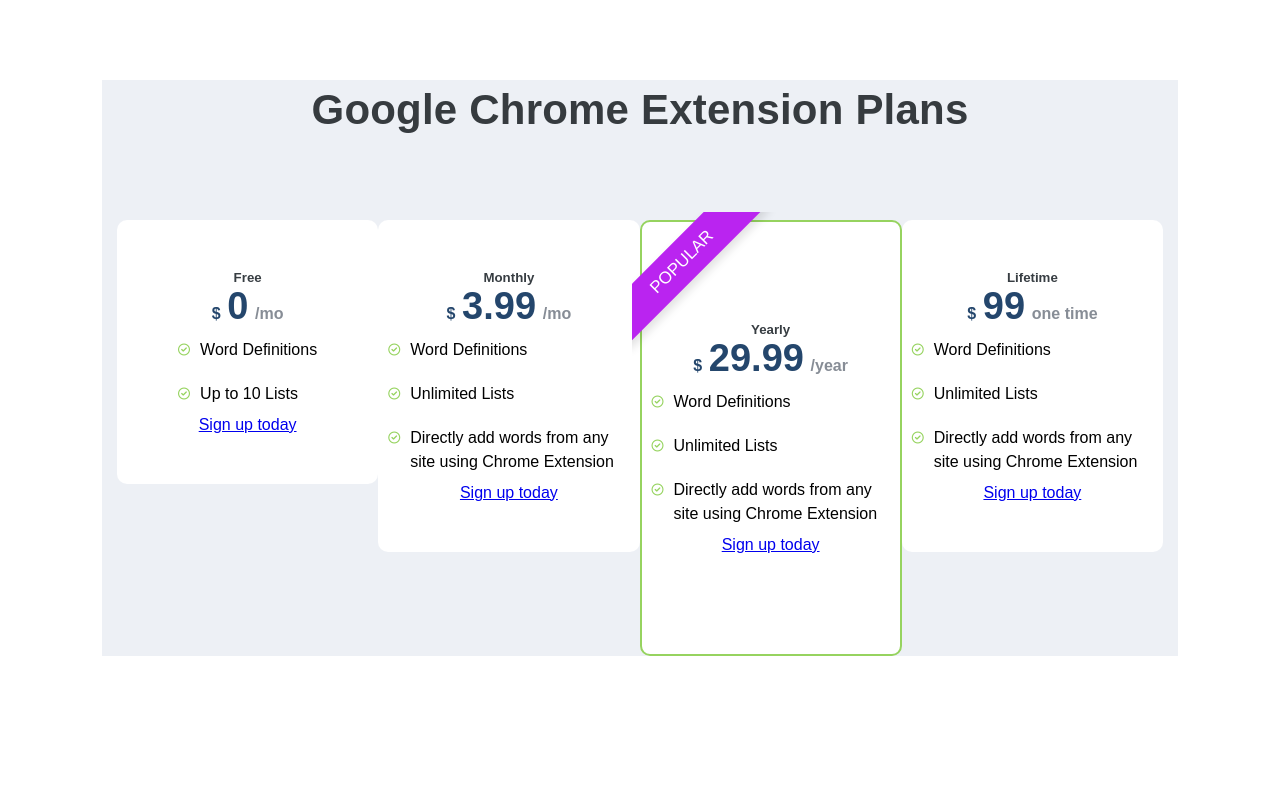
Repository: Novoselets28/chatos-test-task
Page: index.html
An editor plug-in stored every save of this project. The page is shown before and after the next save, followed by the edit.
The browser window is 1280 px wide. The pictures show the whole page.

Above is the page before, as saved 2023-04-19 19:54:58.

After the next save:
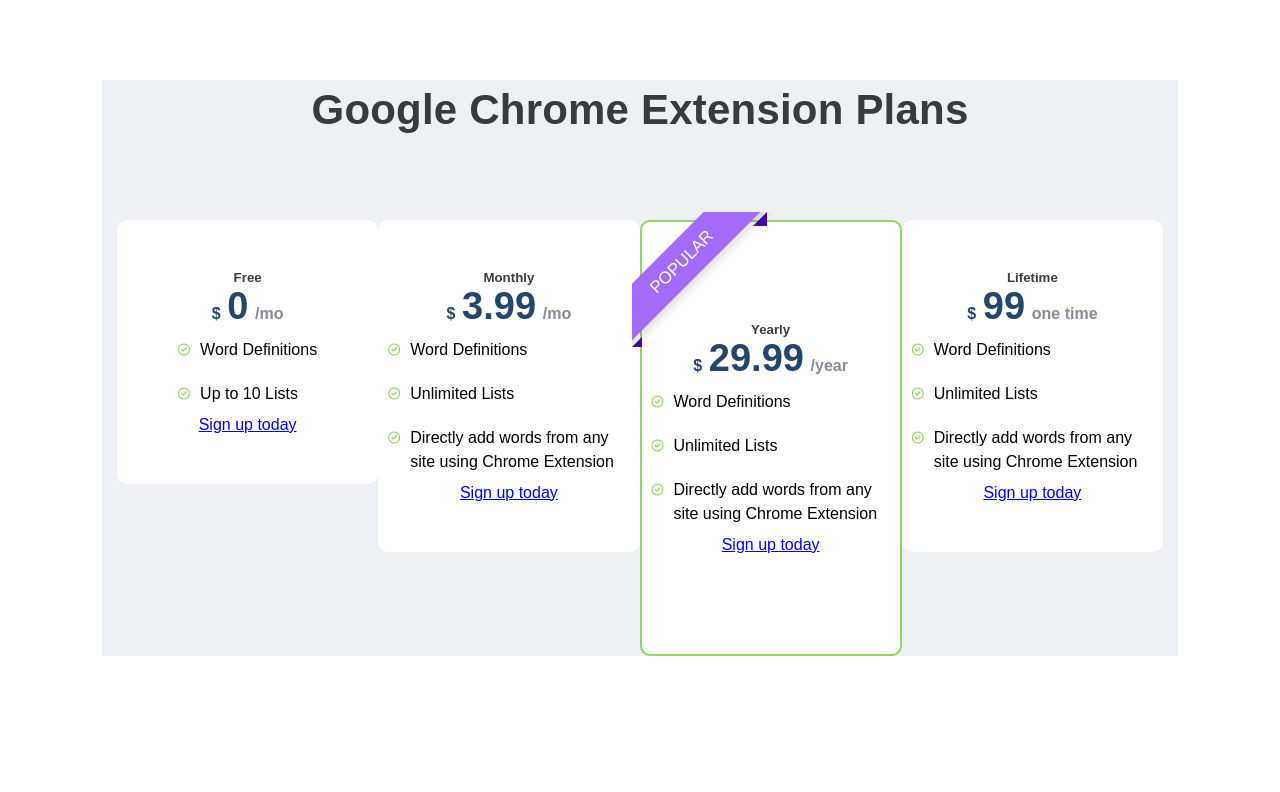
Saved 6 min 43 s later.
--- a/index.css
+++ b/index.css
@@ -66,29 +66,46 @@
     position: relative;
     top: 0px;
 }
-
-.ribbon {
+.item-extension .ribbon{
     width: 150px;
-  height: 150px;
-  position: absolute;
-  top: -10px;
-  left: -10px;
-  overflow: hidden;
-}
-
-.ribbon span {
+    height: 150px;
     position: absolute;
-  top:30px;
-  right: 0;
-  transform: rotate(-45deg);
-  width: 200px;
-  background: #ba24f0;
-  padding: 10px 0;
-  color: #fff;
-  text-align: center;
-  font-size: 17px;
-  box-shadow: 0 5px 10px rgba(0,0,0,0.12);
-}
+    top: -10px;
+    left: -10px;
+    overflow: hidden;
+  }
+  .item-extension .ribbon::before,
+  .item-extension .ribbon::after{
+    position: absolute;
+    content: "";
+    z-index: -1;
+    display: block;
+    border: 7px solid #4606ac;
+    border-top-color: transparent;
+    border-left-color: transparent;
+  }
+  .item-extension .ribbon::before{
+    top: 0px;
+    right: 15px;
+  }
+  .item-extension .ribbon::after{
+    bottom: 15px;
+    left: 0px;
+  }
+  .item-extension .ribbon span{
+    position: absolute;
+    top: 30px;
+    right: 0;
+    transform: rotate(-45deg);
+    width: 200px;
+    background: #a26bfa;
+    padding: 10px 0;
+    color: #fff;
+    text-align: center;
+    font-size: 17px;
+    text-transform: uppercase;
+    box-shadow: 0 5px 10px rgba(0,0,0,0.12);
+  }
 
 .item-extension__title{
     color: #373d42;

After the save that followed:
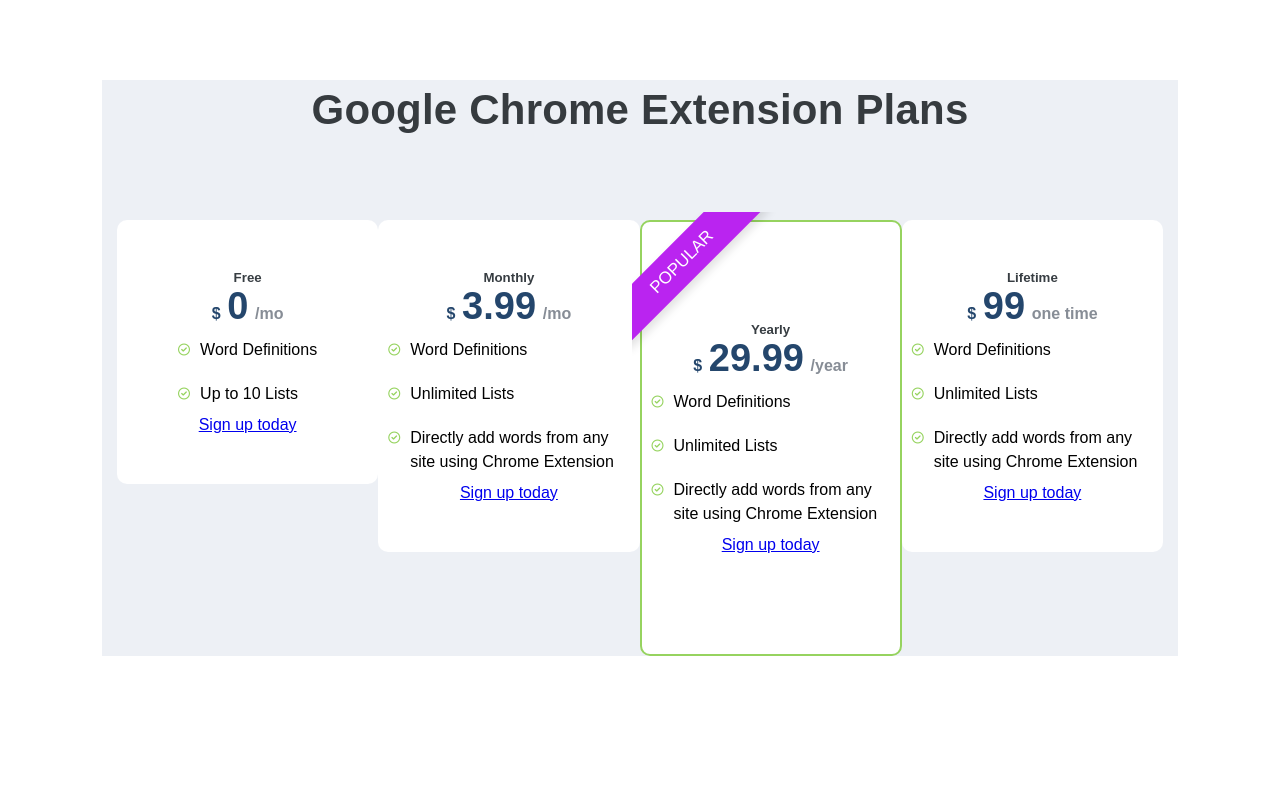
Saved 4 min 55 s later.
--- a/index.css
+++ b/index.css
@@ -66,46 +66,29 @@
     position: relative;
     top: 0px;
 }
-.item-extension .ribbon{
+
+.ribbon {
     width: 150px;
-    height: 150px;
+  height: 150px;
+  position: absolute;
+  top: -10px;
+  left: -10px;
+  overflow: hidden;
+}
+
+.ribbon span {
     position: absolute;
-    top: -10px;
-    left: -10px;
-    overflow: hidden;
-  }
-  .item-extension .ribbon::before,
-  .item-extension .ribbon::after{
-    position: absolute;
-    content: "";
-    z-index: -1;
-    display: block;
-    border: 7px solid #4606ac;
-    border-top-color: transparent;
-    border-left-color: transparent;
-  }
-  .item-extension .ribbon::before{
-    top: 0px;
-    right: 15px;
-  }
-  .item-extension .ribbon::after{
-    bottom: 15px;
-    left: 0px;
-  }
-  .item-extension .ribbon span{
-    position: absolute;
-    top: 30px;
-    right: 0;
-    transform: rotate(-45deg);
-    width: 200px;
-    background: #a26bfa;
-    padding: 10px 0;
-    color: #fff;
-    text-align: center;
-    font-size: 17px;
-    text-transform: uppercase;
-    box-shadow: 0 5px 10px rgba(0,0,0,0.12);
-  }
+  top:30px;
+  right: 0;
+  transform: rotate(-45deg);
+  width: 200px;
+  background: #ba24f0;
+  padding: 10px 0;
+  color: #fff;
+  text-align: center;
+  font-size: 17px;
+  box-shadow: 0 5px 10px rgba(0,0,0,0.12);
+}
 
 .item-extension__title{
     color: #373d42;
